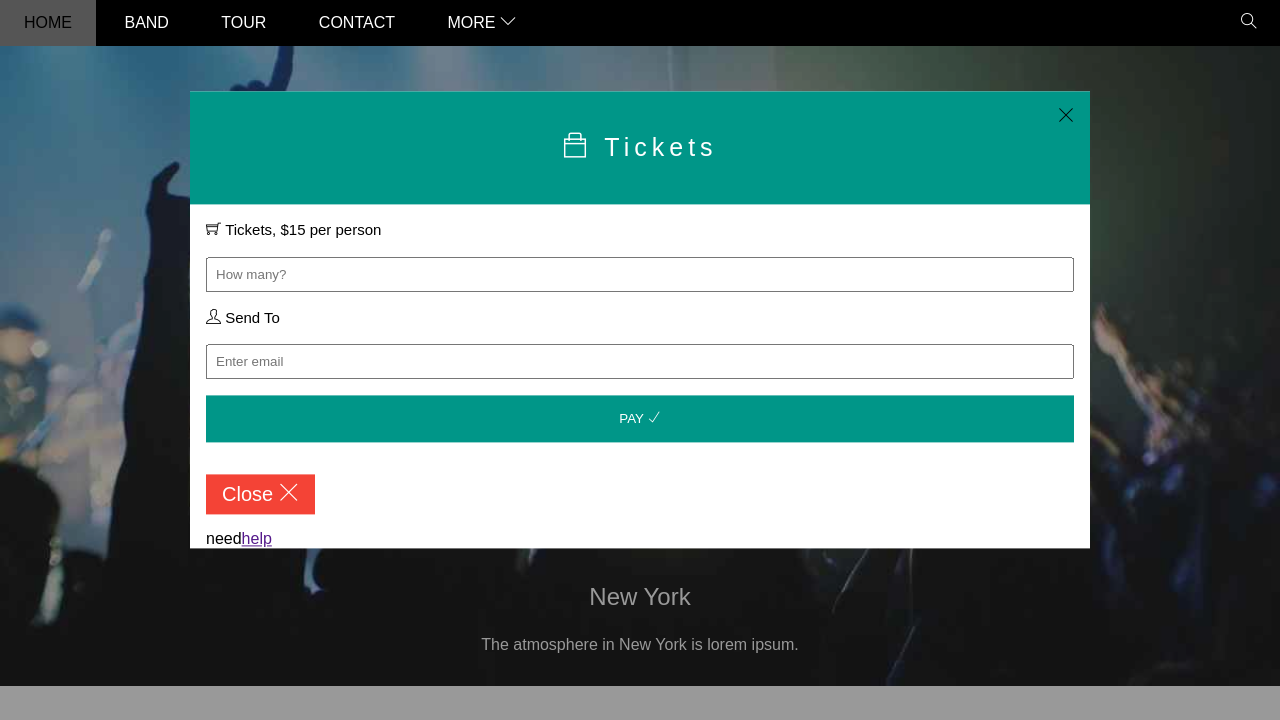
Repository: tung1233hhhhhhhhhhhhh/Website
Page: w3_band/index.html
These files come from the project's save history. The page is drawn as it stood at one moment and after a run of saves; the edit follows.
The browser window is 1280 px wide. The pictures show the window.
A layer covers the whole window, so only the first screen is drawn.

Above is the page before, as saved 2023-02-18 21:52:26.

### w3_band/index.html
<!DOCTYPE html>
<html lang="en">

<head>
    <meta charset="UTF-8">
    <meta http-equiv="X-UA-Compatible" content="IE=edge">
    <meta name="viewport" content="width=device-width, initial-scale=1.0">
    <title>Document</title>
    <link rel="stylesheet" href="./assets/css/style.css">
    <link rel="stylesheet" href="/w3_band/assets/fonts/themify-icons/themify-icons.css">
    <link rel="stylesheet" href="./modal.js">
</head>

<body>
    <div id="main">
        <div id="header">
            <div id="nav">
                <ul>
                    <li><a href="">Home</a></li>
                    <li><a href="">Band</a></li>
                    <li><a href="">Tour</a></li>
                    <li><a href="">Contact</a></li>
                    <li class="icon">
                        <a href="">
                            More
                            <i class="ti-angle-down"></i>
                        </a>
                        <div class="subnav">
                            <ul>
                                <li><a href="">Merchandise</a></li>
                                <li><a href="">Extras</a></li>
                                <li><a href="">Media</a></li>
                            </ul>
                        </div>
                    </li>
                </ul>
                <div class="icon-search">
                    <i class="ti-search"></i>
                </div>
            </div>
        </div>

        <div id="slider">
            <div class="silder-content">
                <h2 class="silder-heading">New York</h2>
                <p class="silder-discreption">The atmosphere in New York is lorem ipsum.</p>
            </div>
        </div>

        <div id="content">
            <!-- about content -->
            <div class="content-selection">
                <h2 class="text-heading">THE BAND</h2>
                <p class="text-sub-heading">We love music</p>
                <p class="text-content">
                    We have created a fictional band website. Lorem ipsum dolor sit amet, consectetur adipiscing elit,
                    sed do eiusmod tempor incididunt ut labore et dolore magna aliqua. Ut enim ad minim veniam, quis
                    nostrud exercitation ullamco laboris nisi ut aliquip ex ea commodo consequat. Duis aute irure dolor
                    in reprehenderit in voluptate velit esse cillum dolore eu fugiat nulla pariatur. Excepteur sint
                    occaecat cupidatat non proident, sunt in culpa qui officia deserunt mollit anim id est laborum
                    consectetur adipiscing elit, sed do eiusmod tempor incididunt ut labore et dolore magna aliqua. Ut
                    enim ad minim veniam, quis nostrud exercitation ullamco laboris nisi ut aliquip ex ea commodo
                    consequat.
                </p>
                <!-- img -->
                <div class="team-selection">
                    <div class="sub-selection">
                        <p class="text-selection">Team</p>
                        <img src="/w3_band/assets/img/name.jpg" alt="" class="img-selection">
                    </div>

                    <div class="sub-selection">
                        <p class="text-selection">Team</p>
                        <img src="/w3_band/assets/img/name.jpg" alt="" class="img-selection">
                    </div>

                    <div class="sub-selection">
                        <p class="text-selection">Team</p>
                        <img src="/w3_band/assets/img/name.jpg" alt="" class="img-selection">
                    </div>
                </div>
            </div>

            <!-- tour content -->

            <div class="content-tour">
                <div class="tour-body">
                    <div class="content-selection">
                        <h2 class="text-heading">TOUR DATES</h2>
                        <p class="text-sub-heading">Remember to book your tickets!</p>
                    </div>

                    <ul class="tour-text">
                        <li>
                            September
                            <span>Sold out</span>
                        </li>
                        <li>
                            October
                            <span>Sold out</span>
                        </li>
                        <li>
                            November
                            <span class="number">3</span>
                        </li>
                    </ul>

                    <div class="tour-list">
                        <div class="tourimg-selection">
                            <img src="/w3_band/assets/img/anh1.jpg" alt="">
                            <div class="container">
                                <p>
                                    <b>New York</b>
                                </p>
                                <p style="opacity: 0.6;">Fri 27 Nov 2016</p>
                                <p>Praesent tincidunt sed tellus ut rutrum sed vitae justo.</p>
                                <button> Buy Tickets</button>
                            </div>


                        </div>
                        <div class="tourimg-selection">
                            <img src="/w3_band/assets/img/anh2.jpg" alt="">
                            <div class="container">
                                <p>
                                    <b>Paris</b>
                                </p>
                                <p style="opacity: 0.6;">Sat 28 Nov 2016</p>
                                <p>Praesent tincidunt sed tellus ut rutrum sed vitae justo.</p>
                                <button> Buy Tickets</button>
                            </div>
                        </div>
                        <div class="tourimg-selection">
                            <img src="/w3_band/assets/img/anh3.jpg" alt="">
                            <div class="container">
                                <p>
                                    <b>San Francisco</b>
                                </p>
                                <p style="opacity: 0.6;">Sun 29 Nov 2016</p>
                                <p>Praesent tincidunt sed tellus ut rutrum sed vitae justo.</p>
                                <button> Buy Tickets</button>
                            </div>
                        </div>
                    </div>
                </div>
            </div>

            <!-- contact content -->

            <div class="contact-content">
                <div class="content-selection">
                    <h2 class="text-heading">CONTACT</h2>
                    <p class="text-sub-heading">Fan? Drop a note!</p>
                    <div class="contact">
                        <div class="contact-left">
                            <i class="ti-location-pin"></i>
                            Chicago, US
                            <br>
                            <i class="ti-mobile"></i>
                            Phone: +00 151515
                            <br>
                            <i class="ti-email"></i>
                            Email: mail@mail.com
                        </div>
                        <div class="contact-right">
                            <form action="">
                                <div class="account">
                                    <input type="text" placeholder="Name">
                                    <input type="text" placeholder="Email">
                                </div>
                                <input class="mes" type="text" placeholder="Message">
                                <button>SEND</button>
                            </form>
                        </div>
                    </div>
                </div>

            </div>

            <!-- image of location/map -->

            <div class="banner-image">
                <img src="/w3_band/assets/img/map.jpg" alt="">

            </div>


        </div>

        <div id="footer">
            <i class="ti-facebook"></i>
            <i class="ti-instagram"></i>
            <i class="ti-vimeo-alt"></i>
            <i class="ti-pinterest"></i>
            <i class="ti-twitter-alt"></i>
            <i class="ti-linkedin"></i>
            <p>Powered by <a href="">w3.css</a></p>
        </div>
    </div>
    <div class="modal">
        <div class="modal-container">
            <div class="modal-close">
                <i class="ti-close"></i>
            </div>
            <header>
                <i class="ti-bag"></i>
                Tickets

            </header>
            <div class="modal-body">
                <label for="" class="modal-lable">
                    <i class="ti-shopping-cart"></i>
                    Tickets, $15 per person
                </label>
                <input type="text" class="input-lable" placeholder="How many?">
                <label for="" class="modal-lable">
                    <i class="ti-user"></i>
                    Send To
                </label>
                <input type="text" class="input-lable" placeholder="Enter email">
                <button class="modal-button">PAY
                    <i class="ti-check"></i>
                </button>
                <button class="modal_button-close">Close
                    <i class="ti-close"></i>
                </button>
                <p>need<a href="">help</a></p>
            </div>

        </div>
    </div>


</body>

</html>

### w3_band/assets/css/style.css
* {
    padding: 0;
    margin: 0;
    box-sizing: border-box;
}

html {
    font-family: Arial, Helvetica, sans-serif;
}

#main {}

#header {
    height: 46px;
    background-color: #000;
    position: fixed;
    top: 0;
    right: 0;
    left: 0;
    z-index: 1;
}

#nav li {
    display: inline-block;
    position: relative;
}

#nav li:hover .subnav {
    display: block;
}

#nav>ul>li:hover>a>i,
#nav .subnav li:hover,
#nav>ul>li:hover>a {
    color: #000;
    background-color: #555;
}

#nav .subnav {
    display: none;
    position: absolute;
    background-color: #FFF;
    box-shadow: 0 0 20px rgba(0, 0, 0, 0.4);
}

#nav .subnav a {
    color: #000;
    padding: 0 12px;
    line-height: 38px;
}

#nav .subnav ul li {
    display: block;
    min-width: 150px;
}

#nav>ul>li>a {
    color: #fff;
    text-transform: uppercase;
}

#nav ul {
    display: inline-block;
}

#nav li a {
    text-decoration: none;
    line-height: 46px;
    padding: 0 24px;
    display: block;
}

#nav i {
    color: #fff;
    width: 20px;
}

#header .icon-search {
    display: block;
    float: right;
    line-height: 46px;
    padding: 0 23px;
}

#header .icon-search:hover {
    cursor: pointer;
    background-color: #f44336;
}

#slider {
    margin-top: 46px;
    padding-top: 50%;
    background: url(/w3_band/assets/img/ny.jpg) top center / cover no-repeat;
    position: relative;
}

.silder-content {
    position: absolute;
    bottom: 0;
    color: #fff;
    padding-bottom: 32px;
    text-align: center;
    width: 100%;
}

.silder-heading {
    font-weight: 500;
}

.silder-discreption {
    margin-top: 25px;
}

#content {}

#content .content-selection {
    padding: 64px 0px;
    margin-left: auto;
    margin-right: auto;
    width: 800px;
}

#content .content-selection .text-heading {
    text-align: center;
    font-size: 30px;
    font-weight: 500;
    letter-spacing: 4px;
}

#content .content-selection .text-sub-heading {
    text-align: center;
    font-size: 15px;
    margin-top: 25px;
    opacity: 0.6;
    font-style: italic;
}

#content .content-selection .text-content {
    font-size: 15px;
    margin-top: 25px;
    text-align: justify;
    line-height: 1.4;
}

#content .content-selection .team-selection {
    padding-top: 47px;
    padding-bottom: 32px;
    justify-items: space-between;
}

#content .team-selection .sub-selection {
    display: inline-block;
    text-align: center;
}

#content .sub-selection p {
    margin: 15px 0;
}



#content .team-selection .img-selection {
    width: 60%;
    border-radius: 4px;
    margin-bottom: 16px;
}

/* tour content  */


#content .content-tour {
    height: 850px;
    background-color: #000;
    color: #fff;
}

#content .content-tour .tour-body {
    width: 800px;
    margin-left: auto;
    margin-right: auto;
}

#content .content-tour .tour-text {
    background-color: #FFF;
    display: block;
    color: #000;
}

#content .tour-text>li {
    height: 22, 5px;
    padding: 8px 16px;
    list-style: none;
}

#content .tour-text>li:first-child {
    border-bottom: 1px solid #999;
}

#content .tour-text>li:last-child {
    border-top: 1px solid #999;
}

#content .tour-text span {
    /* border-radius: 4px; */
    display: inline-block;
    background-color: red;
    padding: 4px;
    margin-left: 4px;
    color: #fff;
}

#content .tour-text .number {
    /* margin-left: 50px; */
    background-color: black;
    float: right;
    border-radius: 50%;
    margin-top: -3px;
}

#content .tour-list {
    padding: 32px 0;
    right: 0;
    left: 0;
    margin: 0 -8px;
    position: relative;
}

#content .tourimg-selection {
    width: 33.33333%;
    float: left;
    padding: 0 8px;
    justify-content: space-between;
}

#content .tourimg-selection .container {
    /* text-align: center; */
    background-color: #fff;
    color: #000;
    height: 204px;
    padding-left: 16px;
    font-size: 15px;
    line-height: 1.5;
    margin-top: -4px;
    margin-bottom: 15px;
}



#content .tourimg-selection .container>p {
    padding-top: 15px;
}

#content .tourimg-selection .container button {
    color: #fff;
    background-color: #000;
    margin-top: 15px;
    text-align: center;
    cursor: pointer;
    white-space: nowrap;
    border: none;
    display: inline-block;
    padding: 8px 16px;
    vertical-align: middle;
    overflow: hidden;
    text-decoration: none;
}

#content .container button:hover {
    background-color: #ccc;
    color: #000;
}

#content .tourimg-selection img {
    width: 100%;
    background-image: cover;
}

/* contact content */


#content .contact-content {
    padding: 45px 0;
}

#content .contact {
    padding-top: 47px;
    padding-bottom: 32px;
}

#content .contact .contact-left {
    width: 49%;
    display: inline-block;
    font-size: 18px;
}

#content .contact .contact-left i {
    display: inline-block;
    font-size: inherit;
    width: 30px;
    line-height: 1.5;
}

#content .contact .contact-right {
    width: 49%;
    /* display: inline-block; */
    float: right;
}


.contact .contact-right form {
    width: 400px;
    position: relative;
    display: inline-block
}

.contact .contact-right form .account {
    margin-bottom: 10px;
}

.contact .contact-right .account input {
    padding: 8px;
    margin-right: 16px;
}

.contact .contact-right form .mes {
    width: 95.7%;
    padding: 8px;
}

.contact .contact-right form button {
    /* position: absolute; */
    margin: 16px 0;
    padding: 8px 16px;
    margin-left: 309px;
    background-color: black;
    color: #fff;
}

.contact .contact-right form button:hover {
    cursor: pointer;
    background-color: #ccc;
    color: black;
    border: none;
}

/* image of location/map */

.banner-image img {
    width: 100%;
    filter: grayscale(50%);
}

#content {}


#footer {
    padding: 64px 16px;
    text-align: center;
    justify-content: center;
    opacity: 0.6;
}

#footer p {
    margin: 30px 0;
    display: block;
    font-size: 15px;
}

#footer i {
    font-size: 25px;

    display: inline-block;
    text-rendering: auto;
}


.modal {
    position: fixed;
    top: 0;
    left: 0;
    right: 0;
    bottom: 0;

    background-color: rgba(0, 0, 0, 0.4);
}

.modal .modal-container {
    width: 900px;
    /* height: 400px; */
    background-color: #FFF;
    margin: 0 auto;
    transform: translateY(20%);
    position: relative;
}

.modal .modal-container .modal-close {
    position: absolute;
    right: 0;
    padding: 16px;
}

.modal .modal-container .modal-close:hover {
    cursor: pointer;
    background-color: #ccc;
    color: black;
}

.modal header {
    width: 900px;
    padding: 42px 16px;
    background-color: #009688;
    font-size: 25px;
    color: #FFF;
    letter-spacing: 5px;
    text-align: center;
    align-items: center;
}

.modal .modal-body {
    width: 100%;
    padding: 0 16px;
}

.modal .modal-body .modal-lable {
    display: block;
    margin-top: 15px;
    margin-bottom: 15px;
    font-size: 15px;
    line-height: 1.5;
}

.modal .modal-body .input-lable {
    width: 100%;
    padding: 8px;
}

.modal .modal-body .modal-button {
    width: 100%;
    margin-top: 16px;
    margin-bottom: 16px;
    padding: 16px;
    background-color: #009688;
    color: #FFF;
    border: none;
}

.modal .modal-body .modal-button:hover {
    color: #000;
    background-color: #ccc;
    cursor: pointer;
}

.modal .modal_button-close {
    /* width: 50px; */
    margin-top: 16px;
    margin-bottom: 16px;
    padding: 8px 16px;
    background-color: #f44336;
    border: none;
    color: #FFF;
    font-size: 20px;
}

Loaded but not shown: w3_band/assets/fonts/themify-icons/themify-icons.css (common file); w3_band/modal.js (no stored copy; drawn as an empty file)

After the next 3 saves:
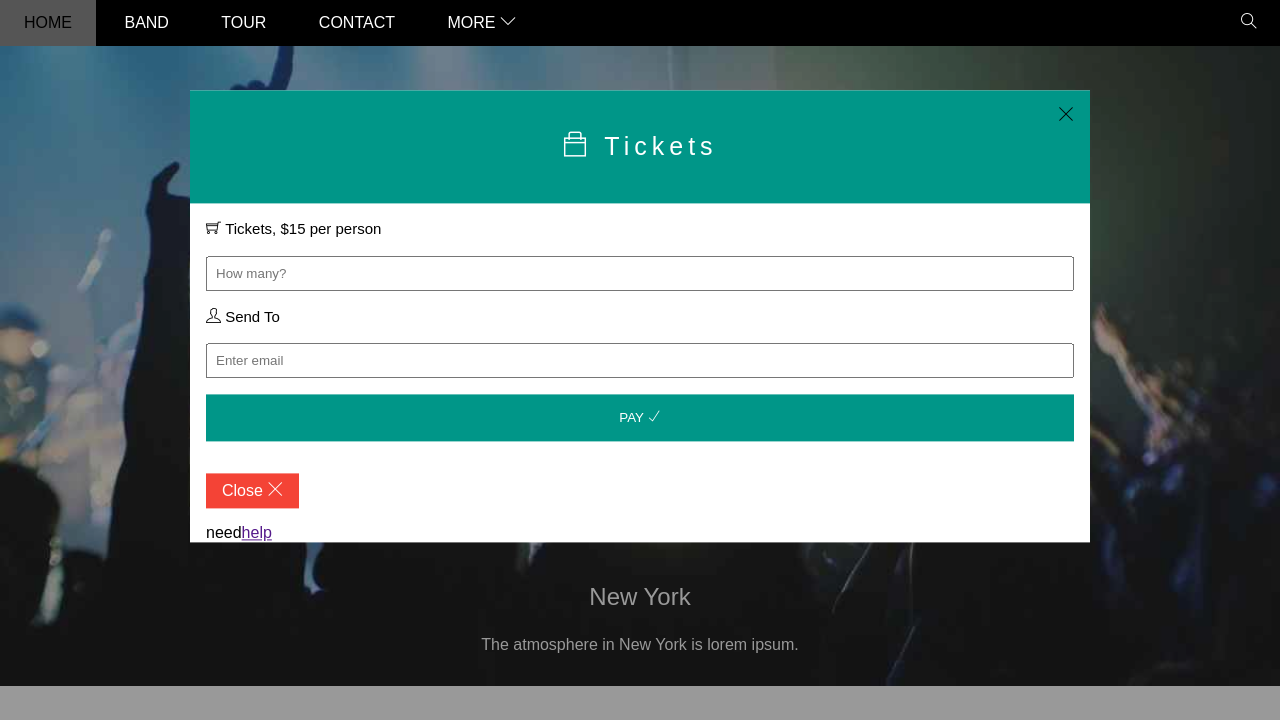
The 3 saves are shown as one change because they came seconds apart.
The last was saved 10 s later.
--- a/w3_band/assets/css/style.css
+++ b/w3_band/assets/css/style.css
@@ -458,5 +458,5 @@
     background-color: #f44336;
     border: none;
     color: #FFF;
-    font-size: 20px;
-}
+    font-size: 16px;
+}
